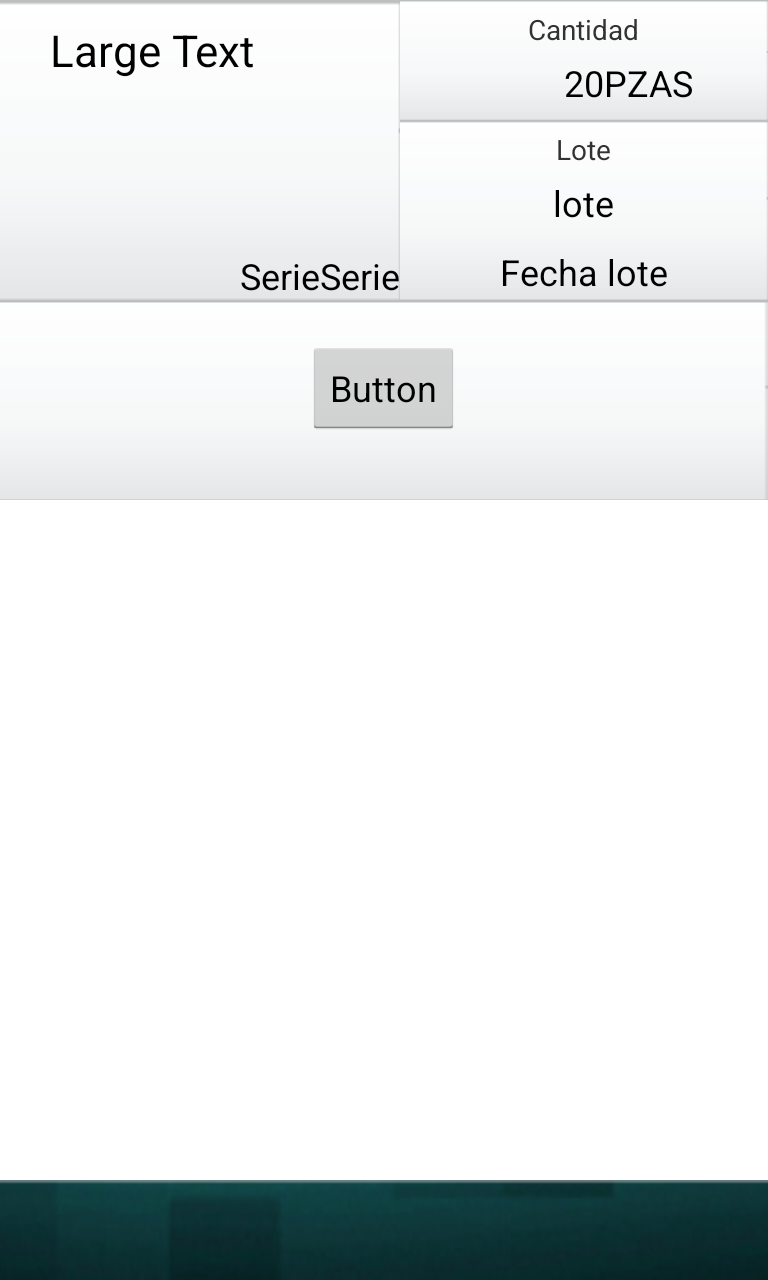
Repository: moynard/PeanutAndroid
Layout: WHSStorekeeper/res/layout/detail_arrivados.xml
The author's editor kept a copy of each file at every save. The layout is drawn from the files as they stood at one save, then again after the next save.
It is drawn on a 768 x 1280 px phone screen (xhdpi) without system bars, with theme AppTheme; the app's code is not run.

Above is the layout before, as saved 2013-07-25 01:26:59.

### WHSStorekeeper/res/layout/detail_arrivados.xml
<?xml version="1.0" encoding="utf-8"?>
<RelativeLayout xmlns:android="http://schemas.android.com/apk/res/android"
    android:layout_width="match_parent"
    android:layout_height="match_parent"
    android:orientation="vertical" >

    <RelativeLayout
       android:id="@+id/layoutProducto"
        android:layout_width="200dp"
        android:layout_height="150dp"
        android:layout_alignParentLeft="true"
        android:layout_alignParentTop="true"
        android:background="@drawable/bgproducto"
         >

        <TextView
            android:id="@+id/txtProducto"
            android:layout_width="150dp"
            android:layout_height="wrap_content"
            android:layout_below="@+id/lblProducto"
            android:layout_centerHorizontal="true"
            android:layout_marginTop="10dp"
            android:lines="4"

            android:text="Large Text"
            android:textAppearance="?android:attr/textAppearanceLarge" />
<TextView
                    android:id="@+id/lblserie"
                    android:layout_width="wrap_content"
                    android:layout_height="wrap_content"
                    android:layout_alignParentBottom="true"
                    android:text="Serie"
                    android:layout_toLeftOf="@+id/txtSerie"
                    android:textAppearance="?android:attr/textAppearanceMedium" />
                <TextView
                    android:id="@+id/txtSerie"
                    android:layout_width="wrap_content"
                    android:layout_height="wrap_content"
                    android:layout_alignParentBottom="true"
                    android:layout_alignParentRight="true"
                    android:text="Serie"
                    android:textAppearance="?android:attr/textAppearanceMedium" />



    </RelativeLayout>
    <RelativeLayout
        android:id="@+id/layoutCantidad"
        android:layout_toRightOf="@+id/layoutProducto"
        android:layout_width="fill_parent"
        android:layout_height="60dp"

        android:background="@drawable/bgproducto"
         >
         <TextView
                android:id="@+id/lblCantidad"
                android:layout_width="wrap_content"
                android:layout_height="wrap_content"
                android:layout_alignParentTop="true"
                android:layout_centerHorizontal="true"
                android:layout_marginTop="5dp"
                android:text="Cantidad"
                android:textAppearance="?android:attr/textAppearanceSmall" />
            <TextView
                android:id="@+id/txtCantidad"
                android:layout_width="wrap_content"
                android:layout_height="wrap_content"
                             android:layout_centerHorizontal="true"

                android:layout_below="@+id/lblCantidad"
                android:layout_marginTop="5dp"
                android:text="20"
                android:textAppearance="?android:attr/textAppearanceMedium" />
            <TextView
                android:id="@+id/txtUnidad"
                android:layout_width="wrap_content"
                android:layout_height="wrap_content"
                android:layout_below="@+id/lblCantidad"
                android:layout_toRightOf="@+id/txtCantidad"
                android:layout_marginTop="5dp"
                android:text="PZAS"
                android:textAppearance="?android:attr/textAppearanceMedium" />


    </RelativeLayout>
    <RelativeLayout
        android:id="@+id/layoutLote"
        android:layout_toRightOf="@+id/layoutProducto"
        android:layout_below="@+id/layoutCantidad"
        android:layout_width="fill_parent"
        android:layout_height="90dp"
        android:background="@drawable/bgproducto"
         >
            <TextView
                android:id="@+id/lbLote"
                android:layout_width="wrap_content"
                android:layout_height="wrap_content"
                android:layout_alignParentTop="true"
                android:layout_centerHorizontal="true"
                android:layout_marginTop="5dp"
                android:text="Lote"
                android:textAppearance="?android:attr/textAppearanceSmall" />
            <TextView
                android:id="@+id/txtlote"
                android:layout_width="wrap_content"
                android:layout_height="wrap_content"
                android:layout_below="@+id/lbLote"
                android:layout_marginTop="5dp"
                                android:layout_centerHorizontal="true"

                android:text="lote"
                android:textAppearance="?android:attr/textAppearanceMedium" />
             <TextView
                android:id="@+id/txtFecalote"
                android:layout_width="wrap_content"
                android:layout_height="wrap_content"
                android:layout_below="@+id/txtlote"
                android:layout_marginTop="10dp"
                android:text="Fecha lote"
                android:layout_centerHorizontal="true"

                android:textAppearance="?android:attr/textAppearanceMedium" />

    </RelativeLayout>

    <RelativeLayout
        android:id="@+id/layoutinfo"
        android:layout_width="fill_parent"
        android:layout_height="150dp"
        android:layout_alignParentLeft="true"
        android:layout_below="@+id/layoutProducto"
         >
             <TextView
                     android:id="@+id/lblUbicacion"
                     android:layout_width="wrap_content"
                     android:layout_height="wrap_content"
                      android:layout_alignParentLeft="true"
					android:layout_marginTop="10dp"
                     android:text="Seleccione Ubicacion"

                      />

                  <AutoCompleteTextView
                 android:id="@+id/autocomplete"
                 android:layout_width="fill_parent"
                 android:layout_height="wrap_content"

                android:layout_toRightOf="@+id/lblUbicacion"
                 android:ems="10"
                 android:singleLine="true" >
                 <requestFocus />
             </AutoCompleteTextView>

                  <RelativeLayout
                      android:id="@+id/layoutBoton"
                      android:layout_width="fill_parent"
                      android:layout_height="100dp"
                      android:layout_above="@+id/layoutinfo"
                      android:background="@drawable/bgproducto" >

                      <Button
                          android:id="@+id/sendUbicacion"
                          android:layout_width="wrap_content"
                          android:layout_height="wrap_content"
                          android:layout_below="@+id/autocomplete"
                          android:layout_centerHorizontal="true"
                          android:layout_marginTop="20dp"
                          android:text="Button" />
                  </RelativeLayout>

    </RelativeLayout>

     <RelativeLayout
         android:id="@+id/layoutFoter"
         android:layout_width="fill_parent"
         android:layout_height="50dp"
         android:layout_alignParentBottom="true"
         android:layout_alignParentLeft="true"
         android:background="@drawable/bgfoot" >
     </RelativeLayout>

</RelativeLayout>

Loaded but not shown: WHSStorekeeper/res/values/styles.xml (common file); WHSStorekeeper/res/values-v11/styles.xml (common file); WHSStorekeeper/res/values-v14/styles.xml (common file)

After the next save:
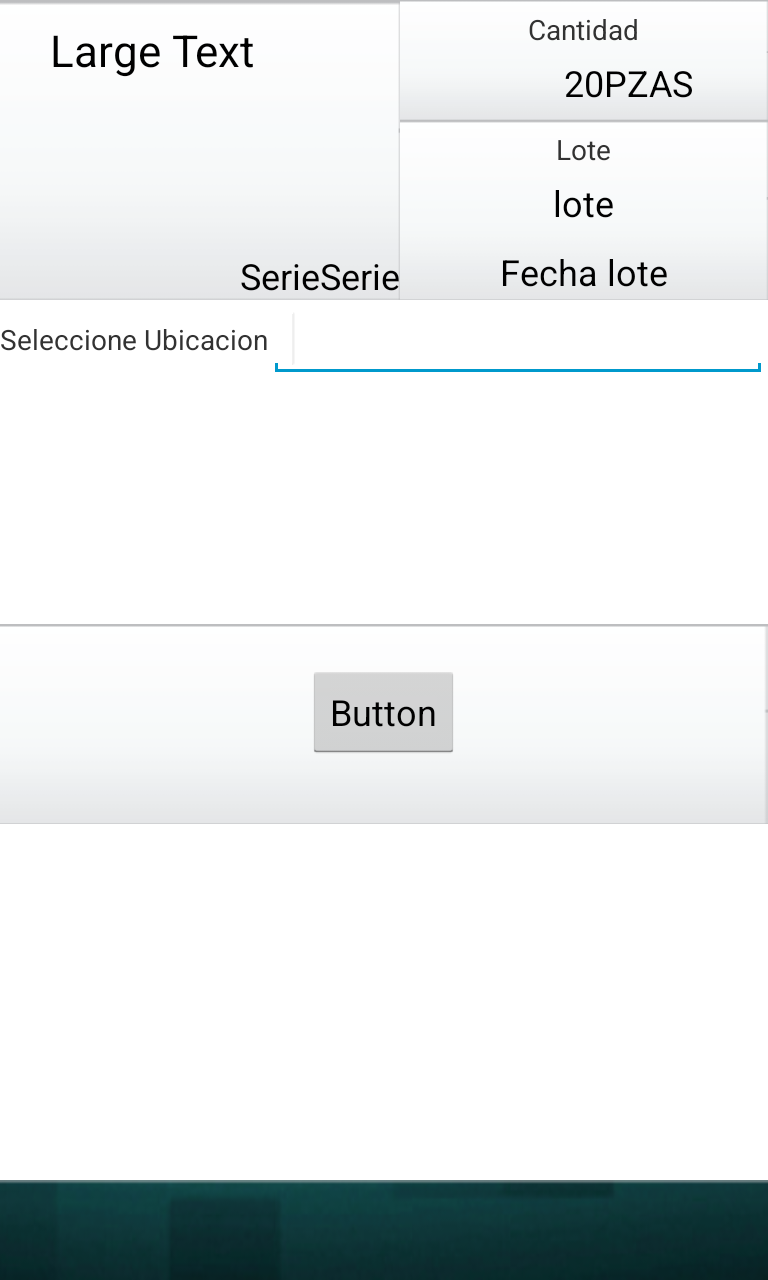
Saved 26 s later.
--- a/WHSStorekeeper/res/layout/detail_arrivados.xml
+++ b/WHSStorekeeper/res/layout/detail_arrivados.xml
@@ -151,23 +151,6 @@
                  <requestFocus />
              </AutoCompleteTextView>
 
-                  <RelativeLayout
-                      android:id="@+id/layoutBoton"
-                      android:layout_width="fill_parent"
-                      android:layout_height="100dp"
-                      android:layout_above="@+id/layoutinfo"
-                      android:background="@drawable/bgproducto" >
-
-                      <Button
-                          android:id="@+id/sendUbicacion"
-                          android:layout_width="wrap_content"
-                          android:layout_height="wrap_content"
-                          android:layout_below="@+id/autocomplete"
-                          android:layout_centerHorizontal="true"
-                          android:layout_marginTop="20dp"
-                          android:text="Button" />
-                  </RelativeLayout>
-
     </RelativeLayout>
 
      <RelativeLayout
@@ -179,4 +162,23 @@
          android:background="@drawable/bgfoot" >
      </RelativeLayout>
 
+     <RelativeLayout
+         android:id="@+id/layoutBoton"
+         android:layout_width="fill_parent"
+         android:layout_height="100dp"
+         android:layout_alignParentLeft="true"
+         android:layout_below="@+id/layoutinfo"
+         android:layout_marginTop="12dp"
+         android:background="@drawable/bgproducto" >
+
+         <Button
+             android:id="@+id/sendUbicacion"
+             android:layout_width="wrap_content"
+             android:layout_height="wrap_content"
+             android:layout_below="@+id/autocomplete"
+             android:layout_centerHorizontal="true"
+             android:layout_marginTop="20dp"
+             android:text="Button" />
+     </RelativeLayout>
+
 </RelativeLayout>
